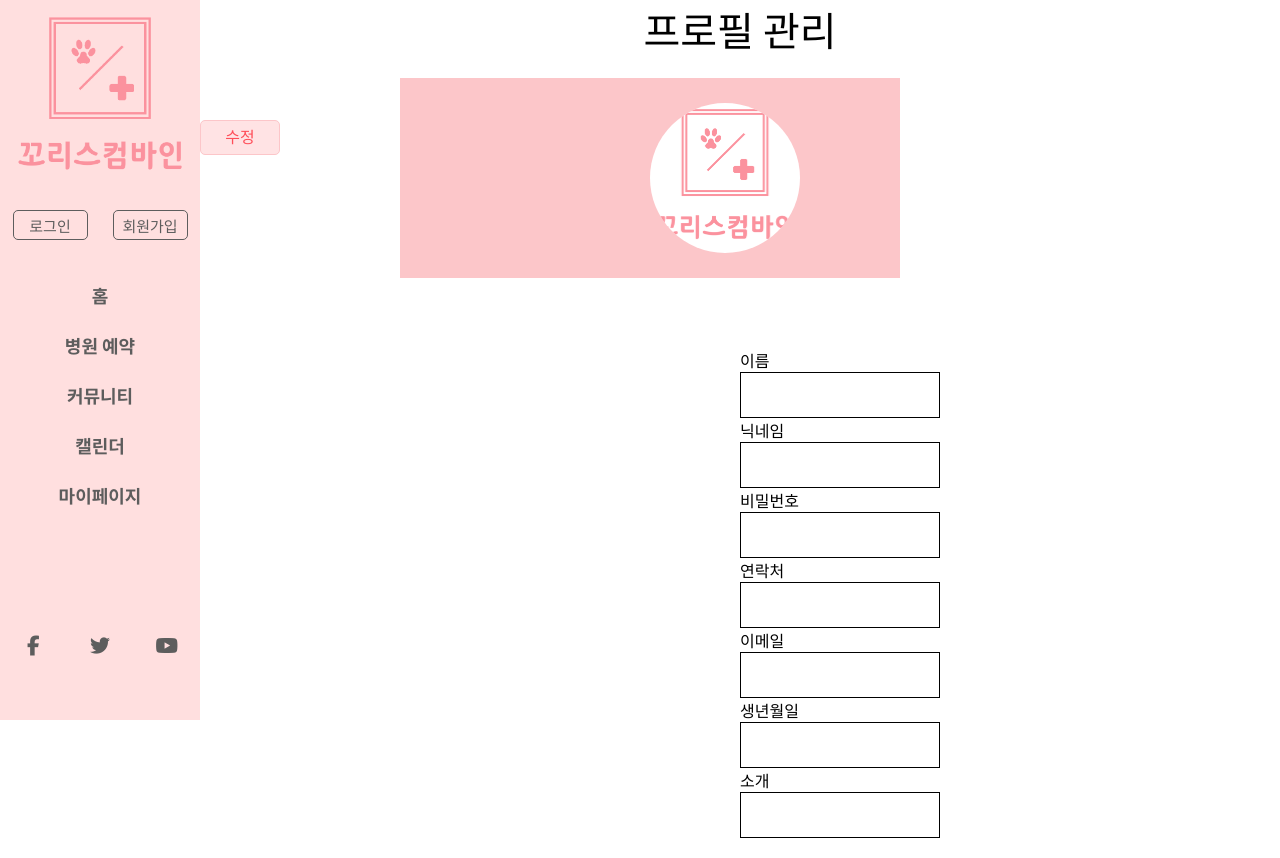
Repository: dodnam/kkoris
Page: http://localhost/1_kkoris/reservation2.jsp
The author's editor kept a copy of each file at every save. The page is drawn from the files as they stood at one save, then again after the next save.
The browser window is 1280 px wide. The pictures show the whole page.
Some web libraries are served in a nearby version. The page is served by Tomcat 9.

Above is the page before, as saved 2020-02-18 00:27:19.

After the next save:
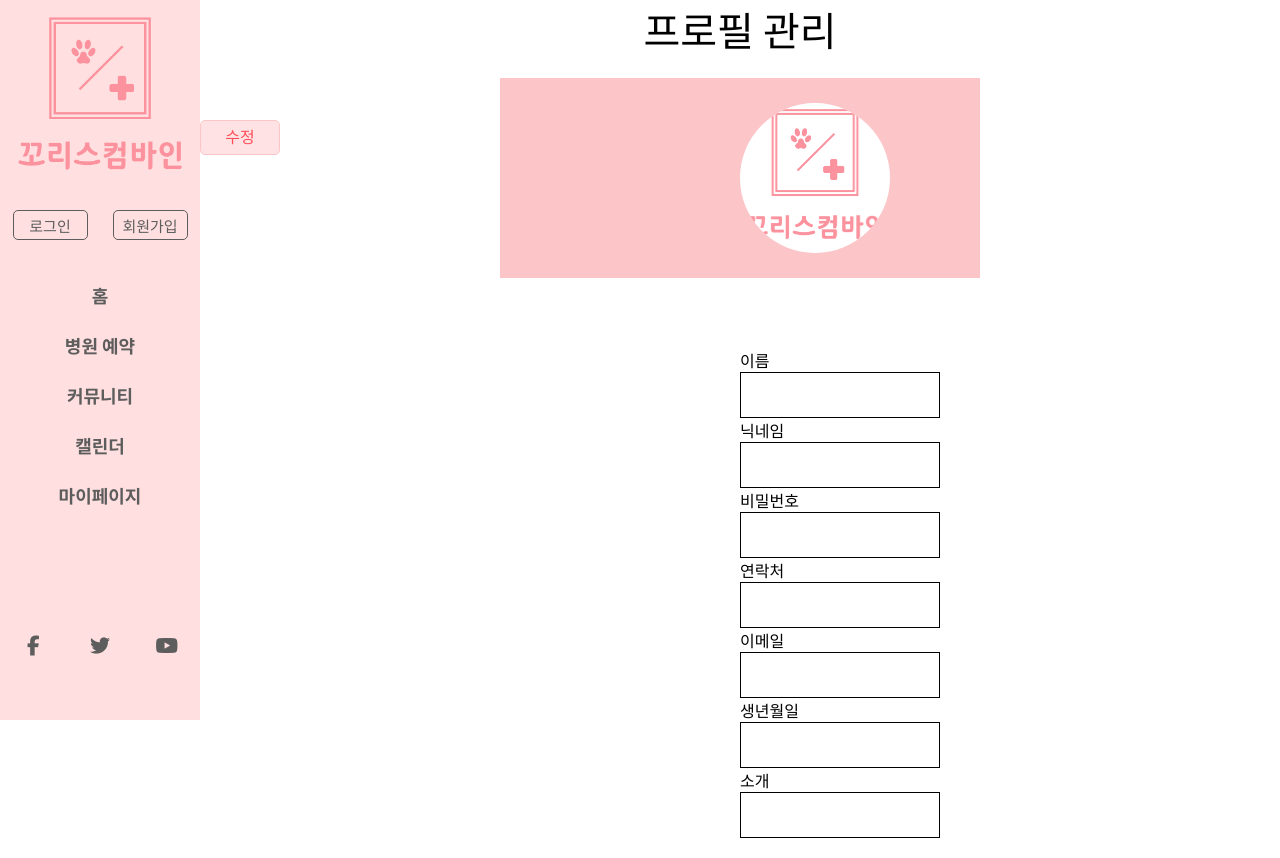
Saved 20 s later.
--- a/1_kkoris/WebContent/reservation2.jsp
+++ b/1_kkoris/WebContent/reservation2.jsp
@@ -8,7 +8,7 @@
 <link rel="stylesheet" type="text/css" href="<%= request.getContextPath() %>/css/index.css"/>
 <link rel="stylesheet" type="text/css" href="<%= request.getContextPath() %>/css/layout.css"/>
 <style>
-	.box_con{left:200px; width:500px; height:200px; background-color:#fcc6c9; position:absolute;}
+	.box_con{left:300px; right:300px; height:200px; background-color:#fcc6c9; position:absolute;}
 	.box{width: 150px; height:150px; border-radius:70%; overflow:hidden; background-color:#fff;margin-top:25px;margin-left:50%}
 	.profile{width: 100%; height:100%; object-fit:cover; display:block; margin:0px auto;}
 	.userTitle{font-size:40px; text-align:center; top:30px;}
